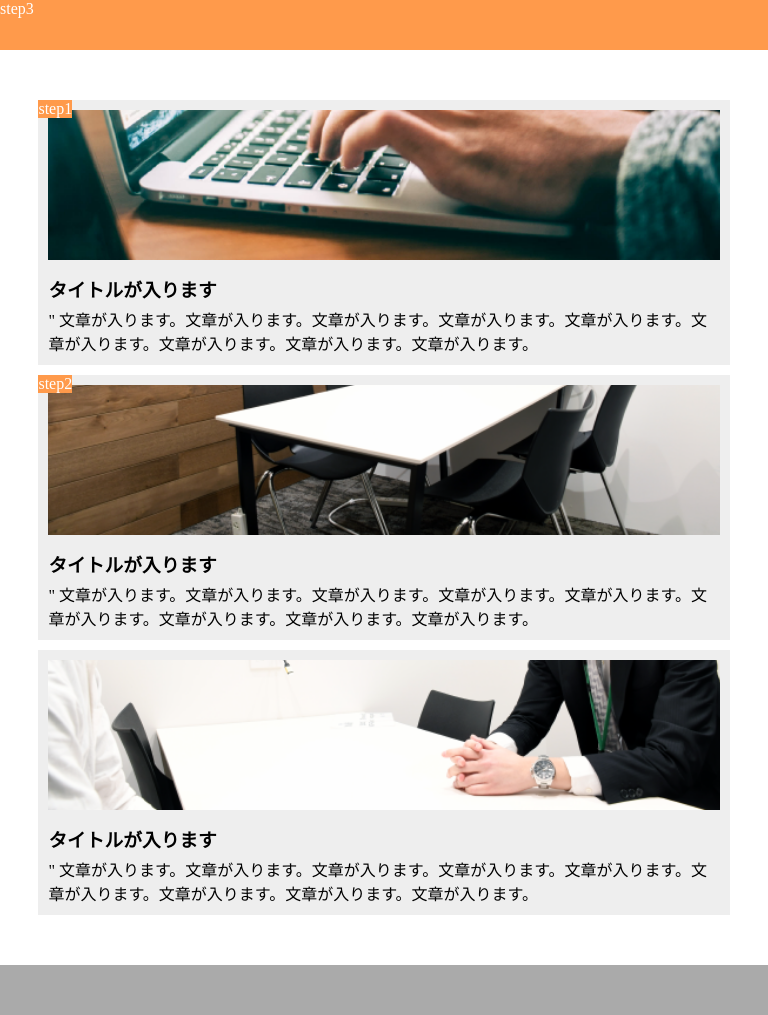
Repository: BRK-munger/9-
Page: 9章演習/index.html
The author's editor kept a record of every edit. The page is drawn from the files as they stood at one moment, then again after the next edit.
The browser window is 768 px wide. The pictures show the whole page.

Above is the page before.

After the next edit:
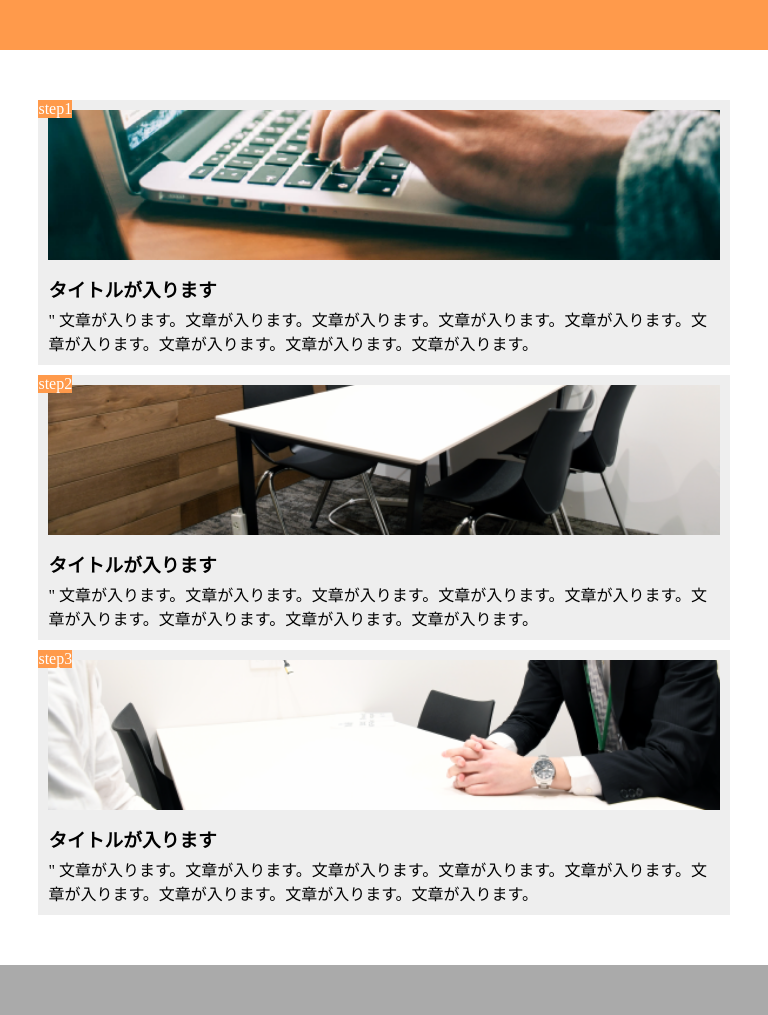
The edit:
--- a/9章演習/style.css
+++ b/9章演習/style.css
@@ -82,8 +82,9 @@
  }
 
  .step-box:last-child {
+  width: 90%;
   margin: 10px auto;
-  position: static;
+  /*position: static;*/
 }
 
 
